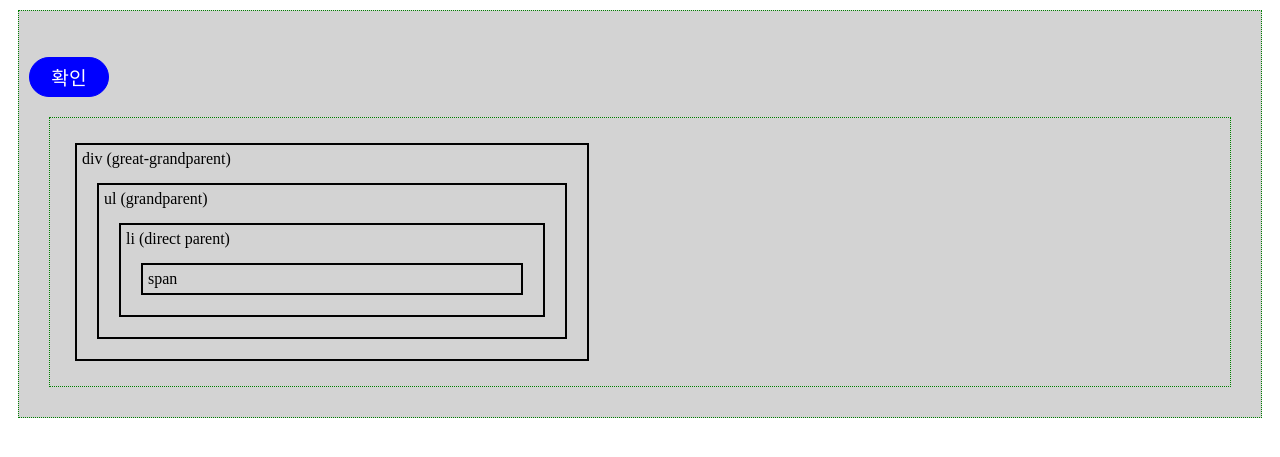
Repository: JJaeHwan/HTML
Page: jquerypro/WebContent/0113/찾기메소드2.html
These files come from the project's save history. The page is drawn as it stood at one moment and after the next save; the edit follows.
The browser window is 1280 px wide. The pictures show the whole page.

Above is the page before, as saved 2023-01-13 07:20:26.

After the next save:
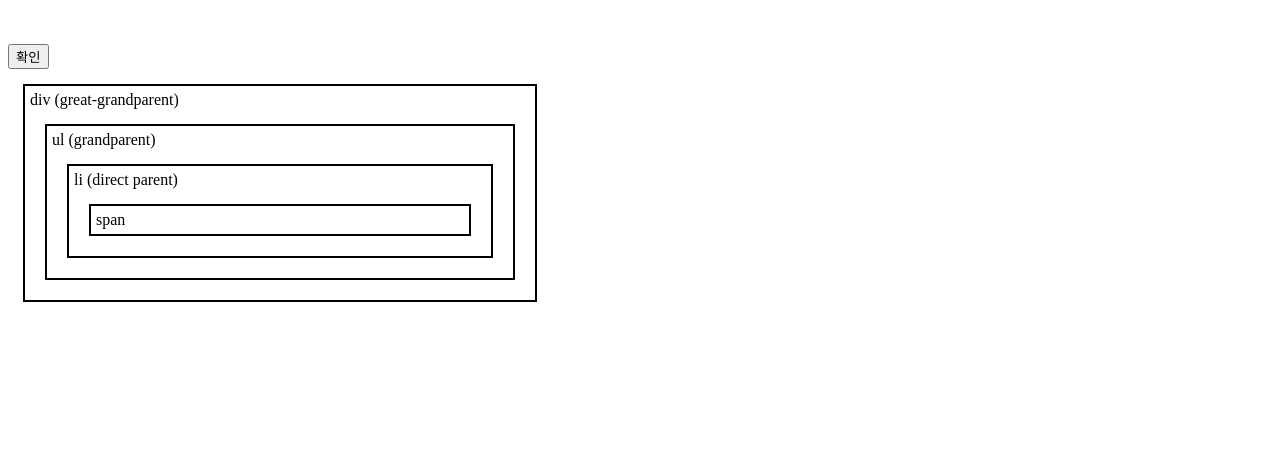
Saved 33 s later.
--- a/jquerypro/WebContent/0113/찾기메소드2.html
+++ b/jquerypro/WebContent/0113/찾기메소드2.html
@@ -3,7 +3,7 @@
 <head>
 <meta charset="UTF-8">
 <title>Insert title here</title>
-<link rel="stylesheet" href="../css/public.css">
+<!-- <link rel="stylesheet" href="../css/public.css"> -->
 <script src="https://ajax.googleapis.com/ajax/libs/jquery/3.6.1/jquery.min.js"></script>
 
 
